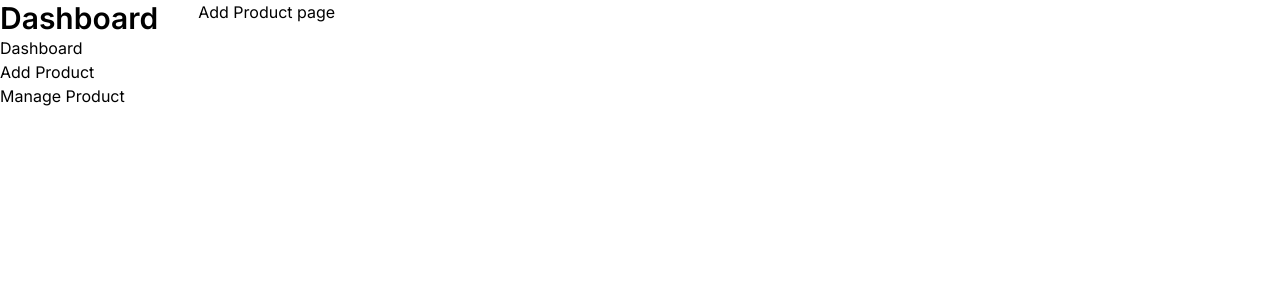
Repository: Wahid137/try-next-js
Page: /dashboard/add-product
These files come from the project's save history. The page is drawn as it stood at one moment and after the next save; the edit follows.
The browser window is 1280 px wide. The pictures show the whole page.
The project was rebuilt for these pictures with package versions that can differ from the ones it lists, and the page was loaded fresh each time. The framework's server and built-in components were replaced by stand-ins that run in the browser. Also part of the build but not shown: next.config.js.

Above is the page before, as saved 2023-10-18 01:24:59.

After the next save:
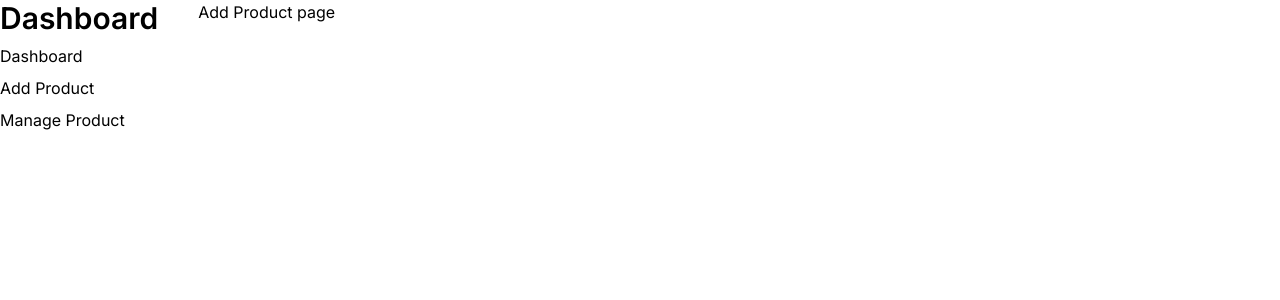
Saved 69 s later.
--- a/src/app/dashboard/Sidebar.jsx
+++ b/src/app/dashboard/Sidebar.jsx
@@ -22,7 +22,7 @@ const Sidebar = () => {
         <h1 className="text-3xl font-semibold">Dashboard</h1>
         <ul>
           {navLinks.map(({ path, title }) => (
-            <li key={path}>
+            <li className="my-2" key={path}>
               <Link href={path}>{title}</Link>
             </li>
           ))}
